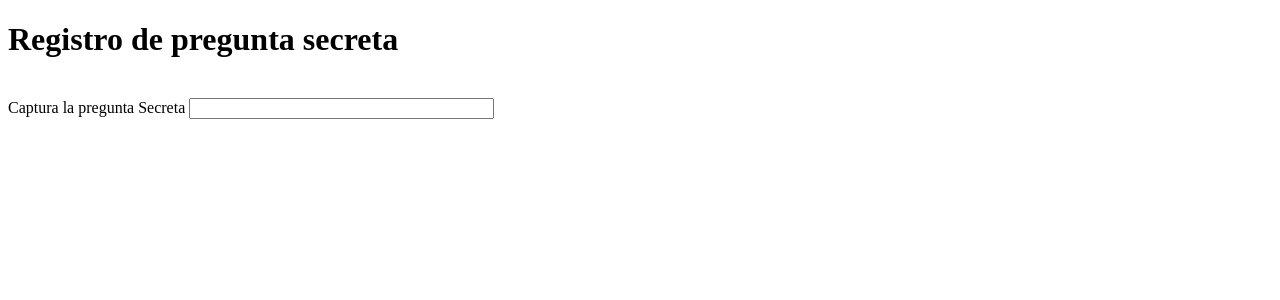
Repository: rusperstinsky/web1
Page: http://localhost/2-JSPServlets/jsp/registroPregunta.jsp
The author's editor kept a copy of each file at every save. The page is drawn from the files as they stood at one save, then again after the next save.
The browser window is 1280 px wide. The pictures show the whole page.
The page is served by Tomcat 9.

Above is the page before, as saved 2017-04-11 16:18:45.

After the next save:
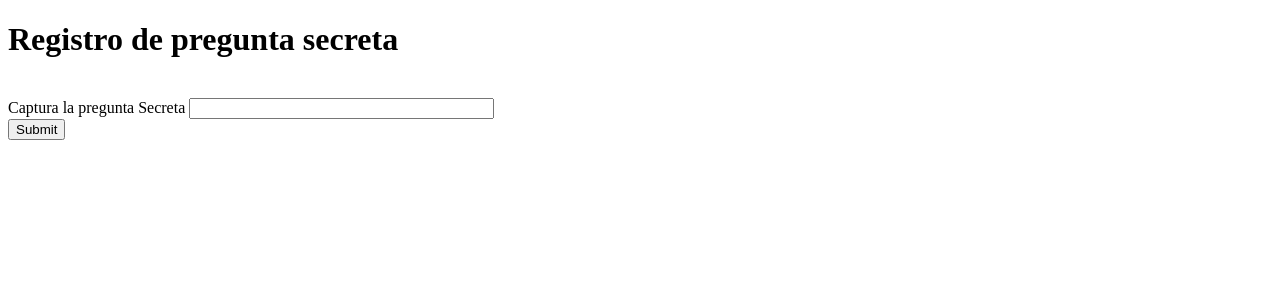
Saved 15 s later.
--- a/2-JSPServlets/WebContent/jsp/registroPregunta.jsp
+++ b/2-JSPServlets/WebContent/jsp/registroPregunta.jsp
@@ -11,7 +11,8 @@
 	<br/>
 	<form>
 		Captura la pregunta Secreta
-		<input type="text" name="pregunta" size="35" />
+		<input type="text" name="pregunta" size="35" /><br/>
+		<input type="submit" name="registrar" size="35" /><br/>
 	</form>
 </body>
 </html>
